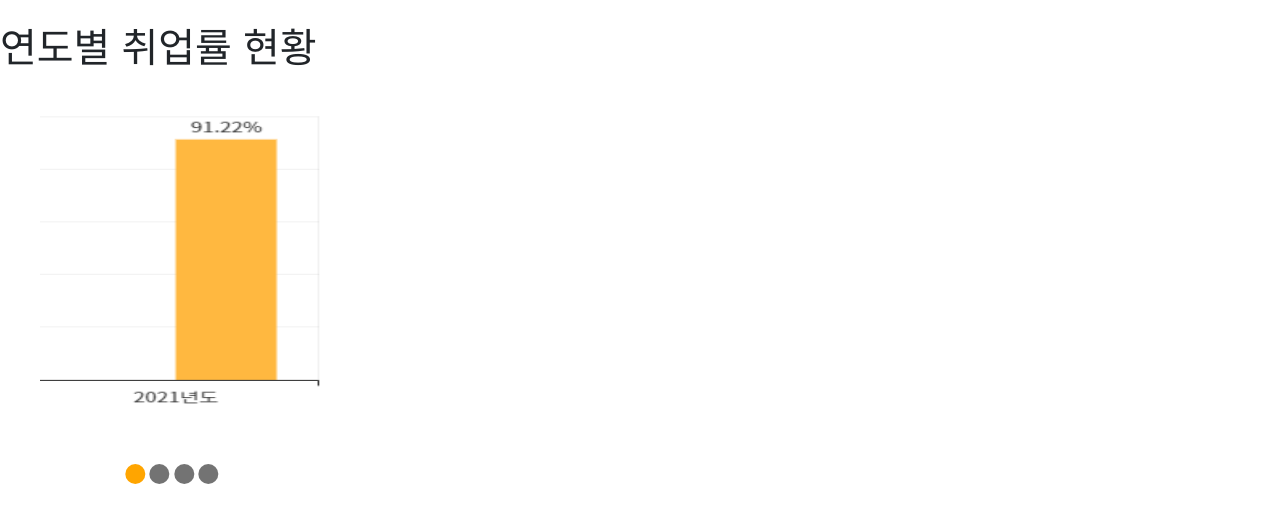
Repository: JavaJin96/kr.or.ddit.HighJava
Page: http://localhost/TeamProjectDCUM/work_psj/iframe_psj/getwork.jsp
These files come from the project's save history. The page is drawn as it stood at one moment and after the next save; the edit follows.
The browser window is 1280 px wide. The pictures show the whole page.
Some web fonts or font styles are not loaded; a fallback is used. The page is served by Tomcat 9. Other server files are loaded and not shown.

Above is the page before, as saved 2022-02-16 01:43:22.

### 3.Highjava/workspace/TeamProjectDCUM/WebContent/work_psj/iframe_psj/getwork.jsp
<%@ page language="java" contentType="text/html; charset=UTF-8"
    pageEncoding="UTF-8"%>
<!DOCTYPE html>
<html>
<head>
<meta charset="UTF-8">
<title>Insert title here</title>
<!-- 카드 -->
<link rel="stylesheet" href="https://cdn.jsdelivr.net/npm/bootstrap@4.6.1/dist/css/bootstrap.min.css">
<script src="https://cdn.jsdelivr.net/npm/jquery@3.5.1/dist/jquery.slim.min.js"></script>
<script src="https://cdn.jsdelivr.net/npm/popper.js@1.16.1/dist/umd/popper.min.js"></script>
<script src="https://cdn.jsdelivr.net/npm/bootstrap@4.6.1/dist/js/bootstrap.bundle.min.js"></script>
 <link rel="preconnect" href="https://fonts.googleapis.com">
<link rel="preconnect" href="https://fonts.gstatic.com" crossorigin>
<link href="https://fonts.googleapis.com/css2?family=Jua&display=swap" rel="stylesheet">
<style>
/*---------------------- 슬라이드 ----------------------------*/
.slider{
	margin-left : 40px;
	margin-top : 40px;
    width: 300px;
    height: 400px;
    position: relative;
    overflow: hidden; /* 현재 슬라이드 오른쪽에 위치한 나머지 슬라이드 들이 보이지 않도록 가림 */
/*     text-align: center; */
	display: flex;
}
.slider input[type=radio]{
    display: none;
}
img{
	width : 300px;
    height : 300px;
}

ul.imgs{
    padding: 0;
    margin: 0;
    list-style: none;
}
ul.imgs li{
    position: absolute;
    left: 640px;
    transition-delay: 1s; /* 새 슬라이드가 이동해 오는 동안 이전 슬라이드 이미지가 배경이 보이도록 지연 */
    padding: 0;
    margin: 0;
}

.bullets{
    position: absolute;
    left: 44%;
    transform: translateX(-50%);
    bottom: 20px;
    z-index: 2;
}

.bullets label{
    display: inline-block;
    border-radius: 50%;
    background-color: rgba(0,0,0,0.55);
    width: 20px;
    height: 20px;
    cursor: pointer;
}

/* 현재 선택된 불릿 배경 흰색으로 구분 표시 */
.slider input[type=radio]:nth-child(1):checked~.bullets>label:nth-child(1){
    background-color: orange;
}

.slider input[type=radio]:nth-child(2):checked~.bullets>label:nth-child(2){
    background-color: orange;
}

.slider input[type=radio]:nth-child(3):checked~.bullets>label:nth-child(3){
    background-color: orange;
}

.slider input[type=radio]:nth-child(4):checked~.bullets>label:nth-child(4){
    background-color: orange;
}

 .slider input[type=radio]:nth-child(1):checked~ul.imgs>li:nth-child(1){
     left: 0;
     transition: 0.5s;
     z-index:1;
 }

 .slider input[type=radio]:nth-child(2):checked~ul.imgs>li:nth-child(2){
     left: 0;
     transition: 0.5s;
     z-index:1;
 }

 .slider input[type=radio]:nth-child(3):checked~ul.imgs>li:nth-child(3){
     left: 0;
     transition: 0.5s;
     z-index:1;
 }

 .slider input[type=radio]:nth-child(4):checked~ul.imgs>li:nth-child(4){
     left: 0;
     transition: 0.5s;
     z-index:1;
 }
 body{
 	font-family: 'Jua', sans-serif;
 }

</style>


</head>
<body>
	&nbsp;&nbsp;&nbsp;<h1>연도별 취업률 현황</h1>
	<div class="slider" targer="ifr">
	    <input type="radio" name="slide" id="slide1" checked>
	    <input type="radio" name="slide" id="slide2">
	    <input type="radio" name="slide" id="slide3">
	    <input type="radio" name="slide" id="slide4">

	    <ul id="imgholder" class="imgs">
	        <li><img src="<%=request.getContextPath()%>/images/main/getwork2.png" targer="ifr"></li>
	        <li><img src="<%=request.getContextPath()%>/images/main/getwork3.PNG" targer="ifr"></li>
	        <li><img src="<%=request.getContextPath()%>/images/main/getwork4.PNG" targer="ifr"></li>
	        <li><img src="<%=request.getContextPath()%>/images/main/getwork5.PNG" targer="ifr" ></li>
	    </ul>

	    <div class="bullets">
	        <label for="slide1">&nbsp;</label>
	        <label for="slide2">&nbsp;</label>
	        <label for="slide3">&nbsp;</label>
	        <label for="slide4">&nbsp;</label>
	    </div>
	</div>


</body>
</html>

After the next save:
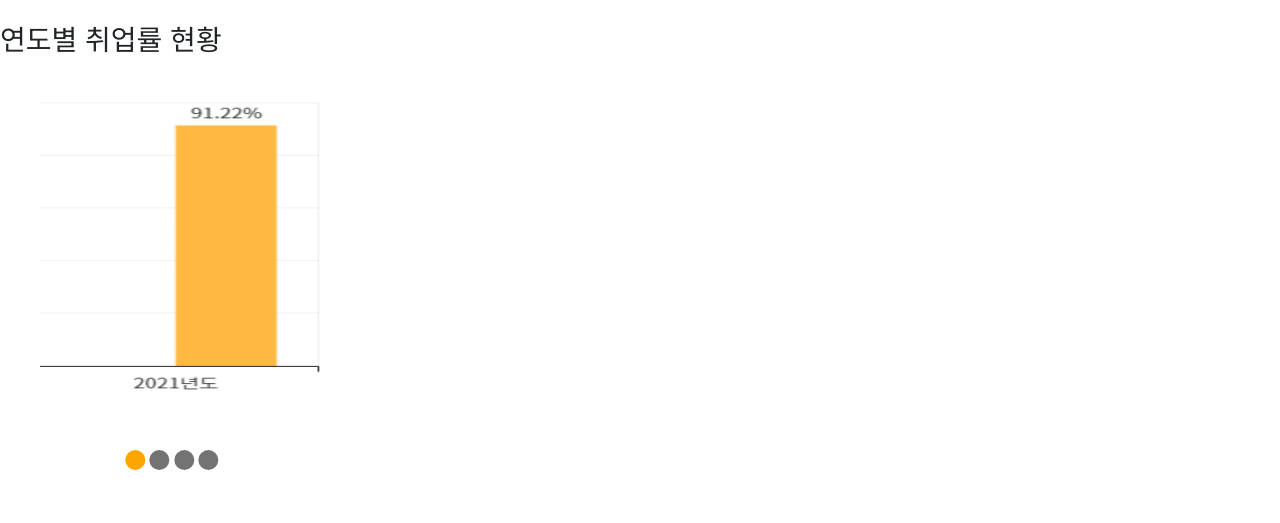
Saved 35 s later.
--- a/3.Highjava/workspace/TeamProjectDCUM/WebContent/work_psj/iframe_psj/getwork.jsp
+++ b/3.Highjava/workspace/TeamProjectDCUM/WebContent/work_psj/iframe_psj/getwork.jsp
@@ -112,7 +112,7 @@ ul.imgs li{
 
 </head>
 <body>
-	&nbsp;&nbsp;&nbsp;<h1>연도별 취업률 현황</h1>
+	&nbsp;&nbsp;&nbsp;<h3>연도별 취업률 현황</h3>
 	<div class="slider" targer="ifr">
 	    <input type="radio" name="slide" id="slide1" checked>
 	    <input type="radio" name="slide" id="slide2">
